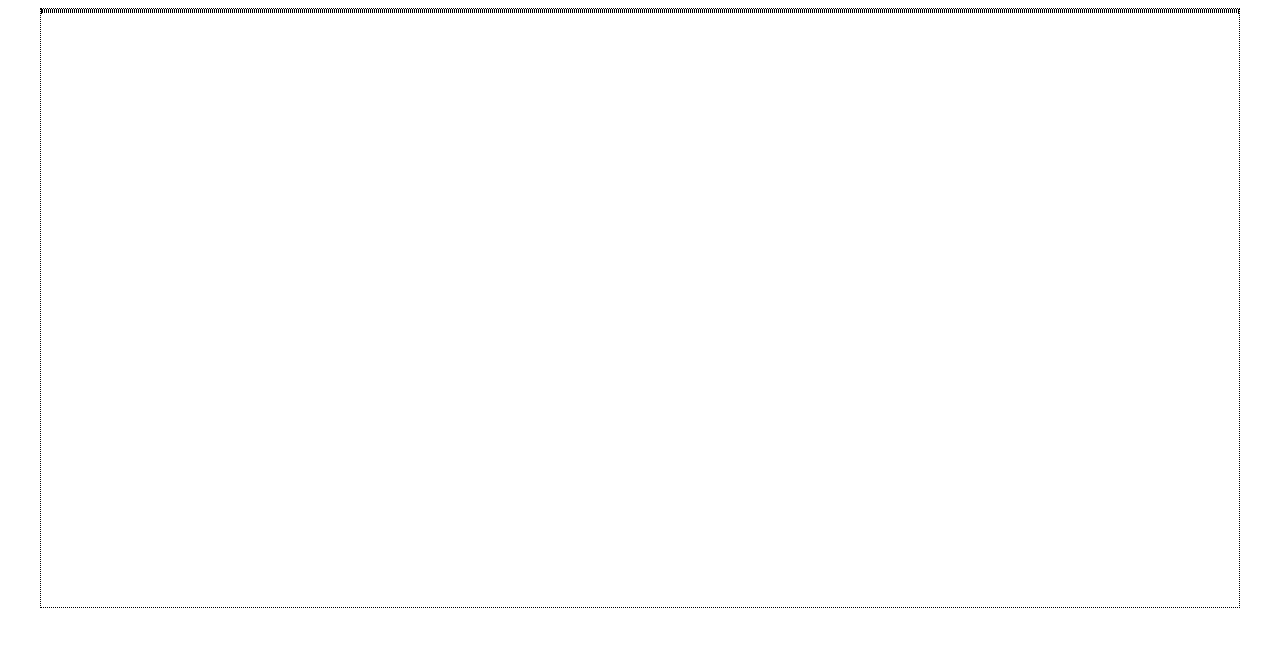
Repository: y2kim/workspace4
Page: MyBatisFramwork_07_12/WebContent/index.html
An editor plug-in stored every save of this project. The page is shown before and after the next save, followed by the edit.
The browser window is 1280 px wide. The pictures show the whole page.

Above is the page before, as saved 2018-07-12 01:06:59.

After the next save:
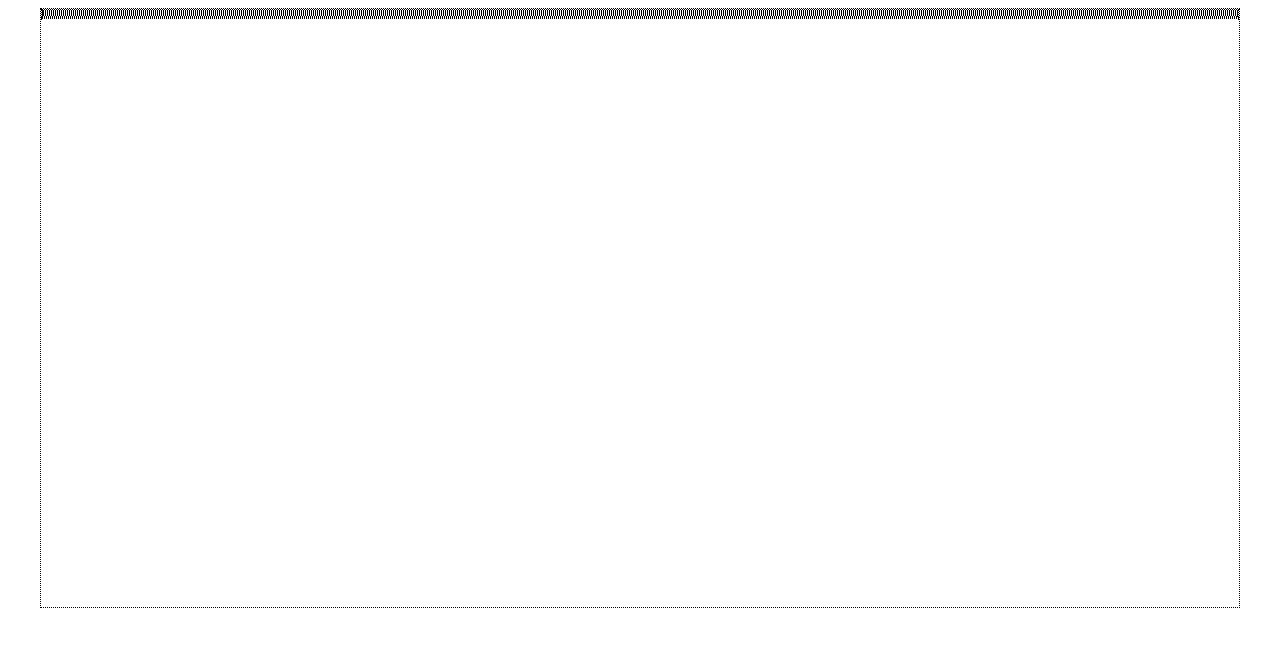
Saved 35 s later.
--- a/MyBatisFramwork_07_12/WebContent/index.html
+++ b/MyBatisFramwork_07_12/WebContent/index.html
@@ -22,7 +22,11 @@
 </head>
 <body>
 	<div id="wrapper">
-		<div id="line1"></div>
+		<div id="line1">
+			<div id="exam01" class="exam"></div>
+			<div id="exam02" class="exam"></div>
+			<div id="exam03" class="exam"></div>
+		</div>
 		<div id="line2"></div>
 	</div>
 </body>
